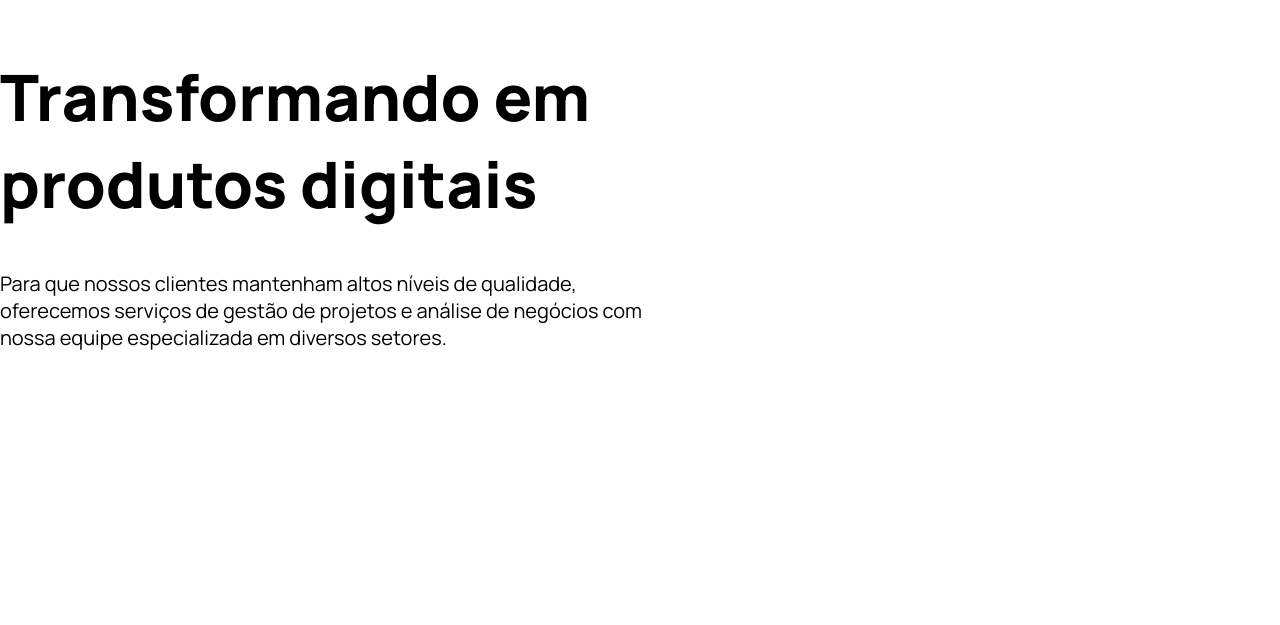
Repository: kleber-goncalves/Landing-Page-Gestao-de-projetos-dnc
Page: index.html
An editor plug-in stored every save of this project. The page is shown before and after a run of saves, followed by the edit.
The browser window is 1280 px wide. The pictures show the whole page.

Above is the page before, as saved 2025-01-04 14:57:51.

After the next 6 saves:
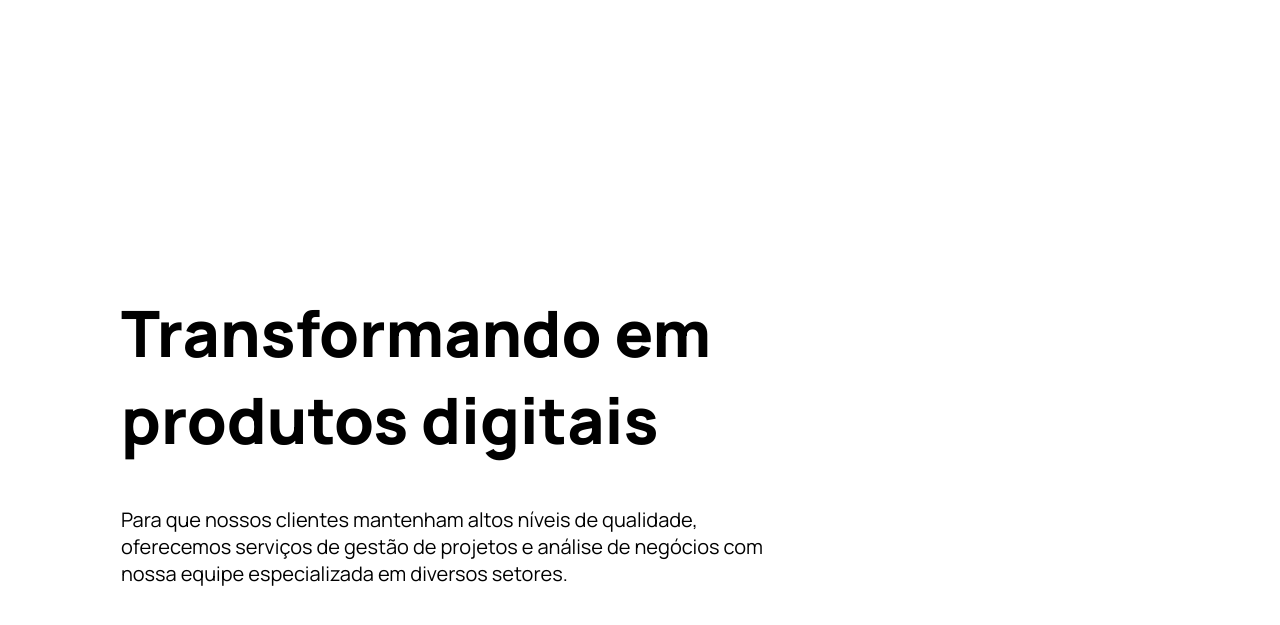
The 6 saves are shown as one change because they came seconds apart.
The last was saved 25 s later.
--- a/style.css
+++ b/style.css
@@ -8,8 +8,8 @@
     display:flex ;
     flex-direction: column;
     justify-items: flex-start;
-    : 236px;
-    left: 121px;
+    margin-top: 236px;
+    margin-left: 121px;
 }
 
 #elemnt-topo > h1 {

After the save that followed:
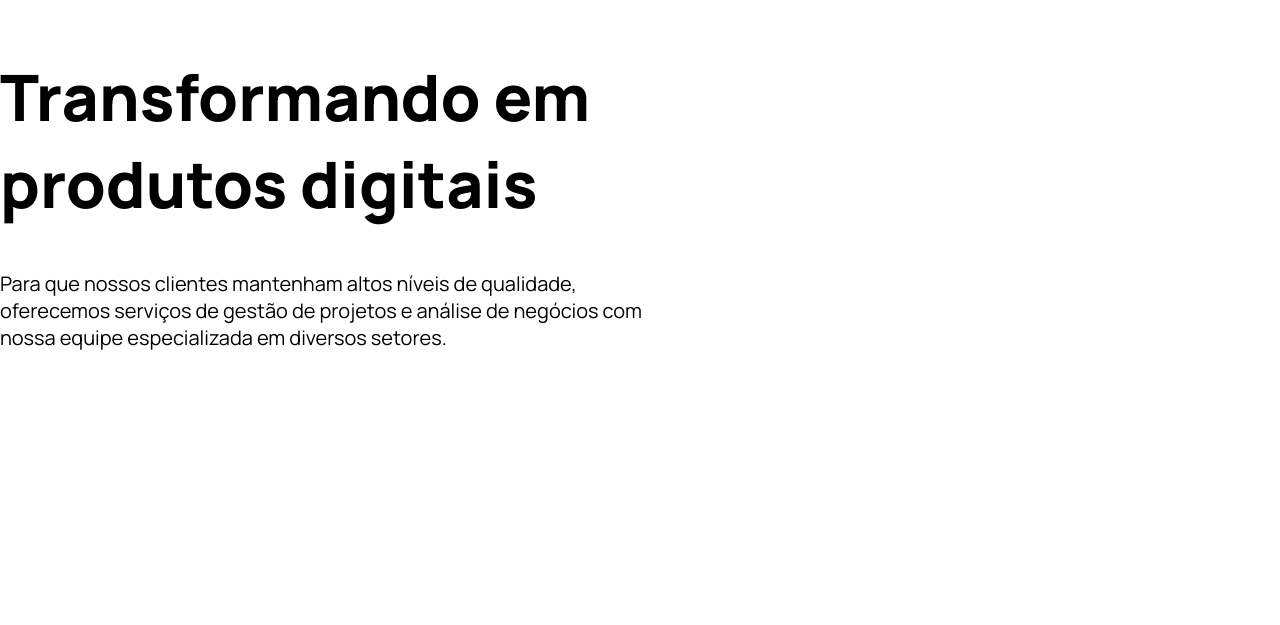
Saved 62 s later.
--- a/style.css
+++ b/style.css
@@ -8,8 +8,6 @@
     display:flex ;
     flex-direction: column;
     justify-items: flex-start;
-    margin-top: 236px;
-    margin-left: 121px;
 }
 
 #elemnt-topo > h1 {
